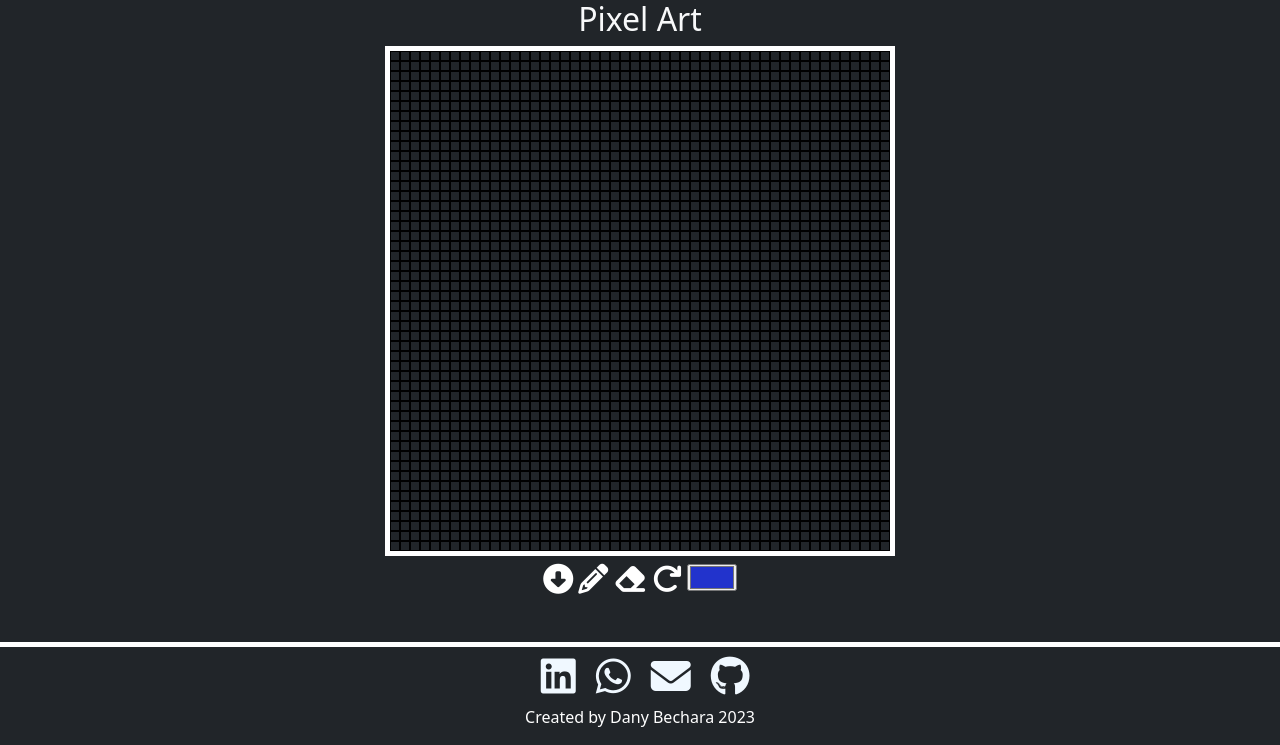
Repository: bechara611/pixelartdb
Page: /
The author's editor kept a copy of each file at every save. The page is drawn from the files as they stood at one save, then again after the next save.
The browser window is 1280 px wide. The pictures show the whole page.
Some web libraries are served in a nearby version. The project was rebuilt for these pictures with package versions that can differ from the ones it lists, and the page was loaded fresh each time. Also part of the build but not shown: vite.config.js.

Above is the page before, as saved 2023-03-07 21:09:01.

After the next save:
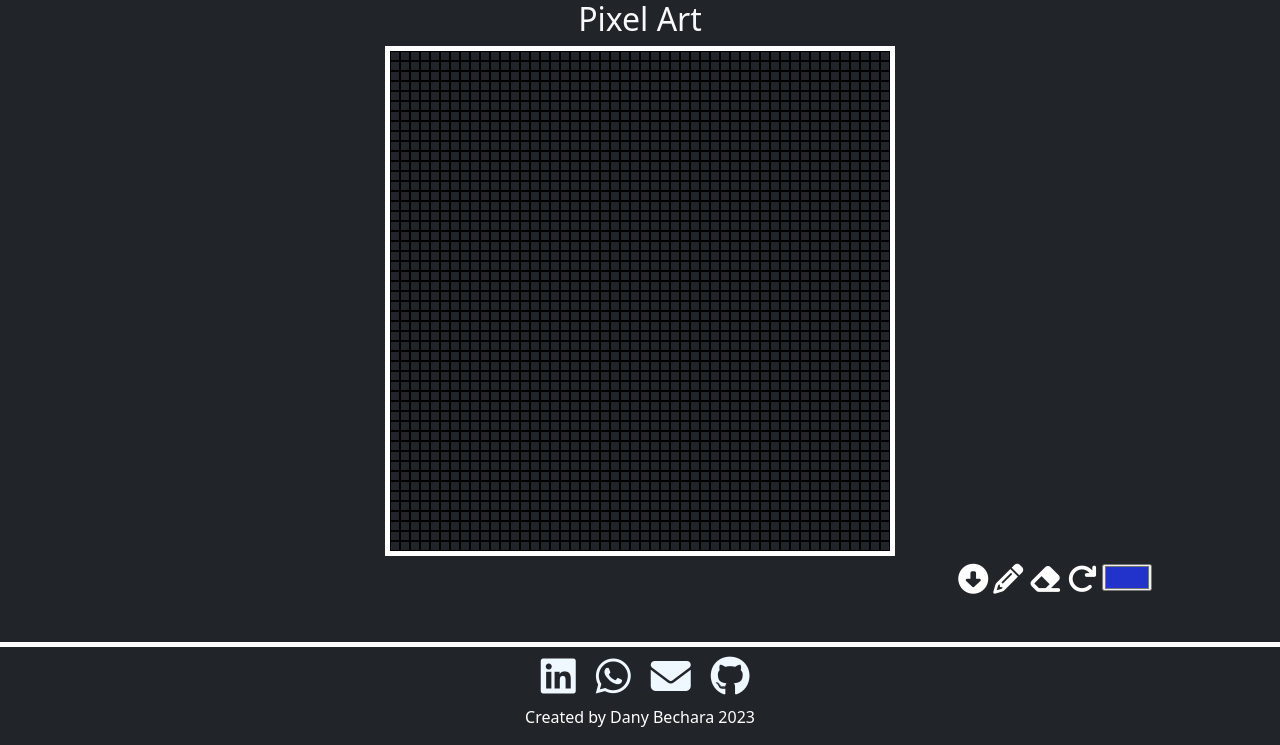
Saved 68 s later.
--- a/src/App.css
+++ b/src/App.css
@@ -1,6 +1,6 @@
 .fondo {
   height: 100vh;
-max-width: 100%;
+
 }
 
 .contorno {
@@ -17,7 +17,7 @@ max-width: 100%;
 }
 
 .contenedor-mayor2 {
- max-width: 100%;
+  width: 80vw;
   align-self: center;
   display: flex;
   flex-direction: row;
@@ -31,7 +31,7 @@ max-width: 100%;
 }
 
 .derecha {
-  max-width: 100%;
+  width: 80vw;
   align-self: center;
   display: flex;
   flex-direction: row;
